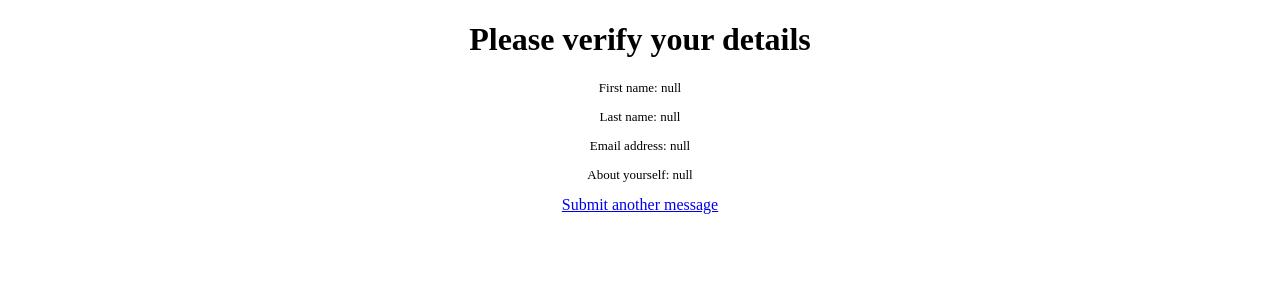
Repository: hornstein-inc/Training
Page: http://localhost/result
These files come from the project's save history. The page is drawn as it stood at one moment and after the next save; the edit follows.
The browser window is 1280 px wide. The pictures show the whole page.
The page is this project's Thymeleaf template; nobody is signed in. The template is opened directly, without the code that normally fills it, so the values that code supplies are empty.

Above is the page before, as saved 2019-04-29 08:57:28.

After the next save:
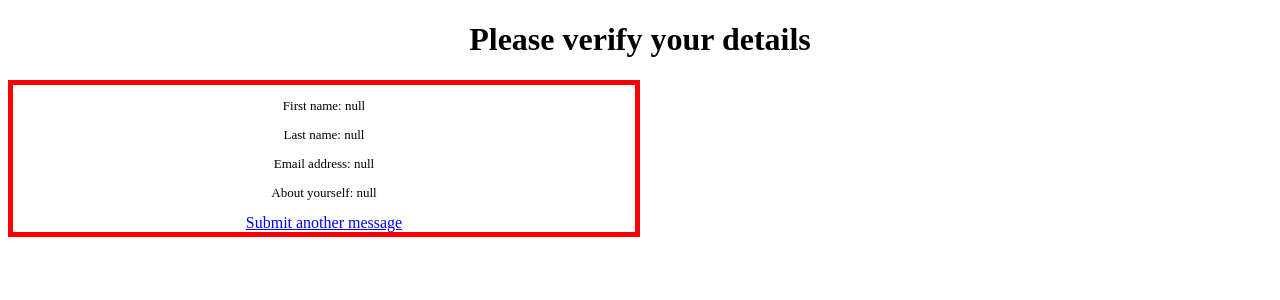
Saved 17 s later.
--- a/Training/gs-handling-form-submission/initial/src/main/resources/static/css/style.css
+++ b/Training/gs-handling-form-submission/initial/src/main/resources/static/css/style.css
@@ -27,6 +27,9 @@ input{
 .resultDiv{
 	text-align: center;
 	box-sizing: border-box;
+  width: 50%;
+  border: 5px solid red;
+  float: left;
 
 
 }
